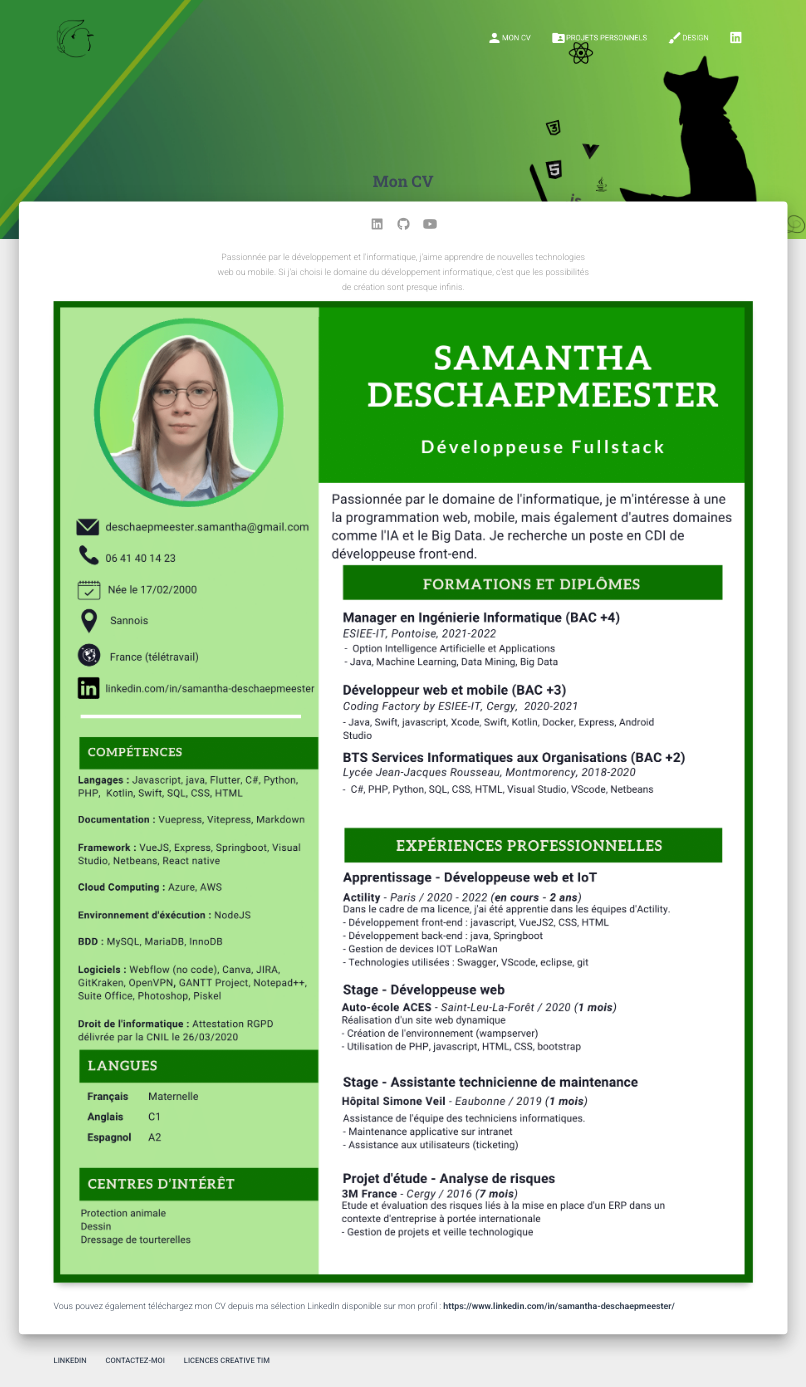
Repository: sdeschaepmeester/NewPortfolio
Page: /#/cv
An editor plug-in stored every save of this project. The page is shown before and after the next save, followed by the edit.
The browser window is 1280 px wide. The pictures show the whole page, at 63% of full size.
Some web libraries are served in a nearby version. The project was rebuilt for these pictures with package versions that can differ from the ones it lists, and the page was loaded fresh each time. Also part of the build but not shown: vue.config.js, src/views/components/APropos.vue, src/views/components/NavigationSection.vue, src/views/components/SmallNavigationSection.vue, src/components/Dropdown.vue, src/components/Pagination.vue, src/components/Slider.vue, src/components/Badge.vue and 14 more.

Above is the page before, as saved 2022-07-08 13:26:04.

After the next save:
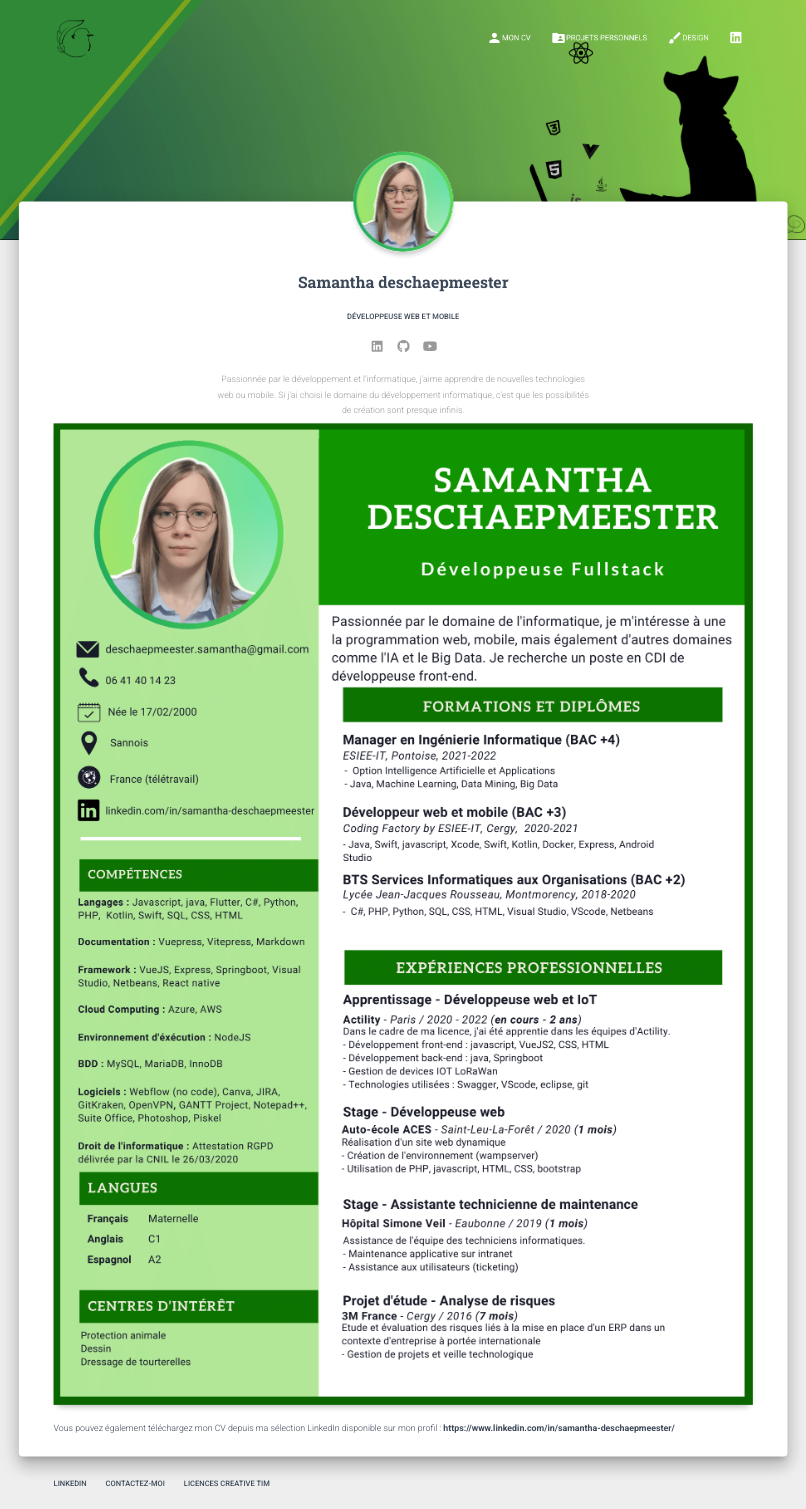
Saved 39 s later.
--- a/src/views/CV.vue
+++ b/src/views/CV.vue
@@ -10,9 +10,16 @@
           <div class="md-layout">
             <div class="md-layout-item md-size-50 mx-auto">
               <div class="profile">
-
+                <div class="avatar">
+                  <img
+                    :src="img"
+                    alt="Circle Image"
+                    class="img-raised rounded-circle img-fluid"
+                  />
+                </div>
                 <div class="name">
-                  <h3 class="title">Mon CV</h3>
+                  <h3 class="title">Samantha deschaepmeester</h3>
+                  <h6>Développeuse web et mobile</h6>
                   <md-button
                     href="https://www.linkedin.com/in/samantha-deschaepmeester/"
                     class="md-just-icon md-simple md-dribbble"
